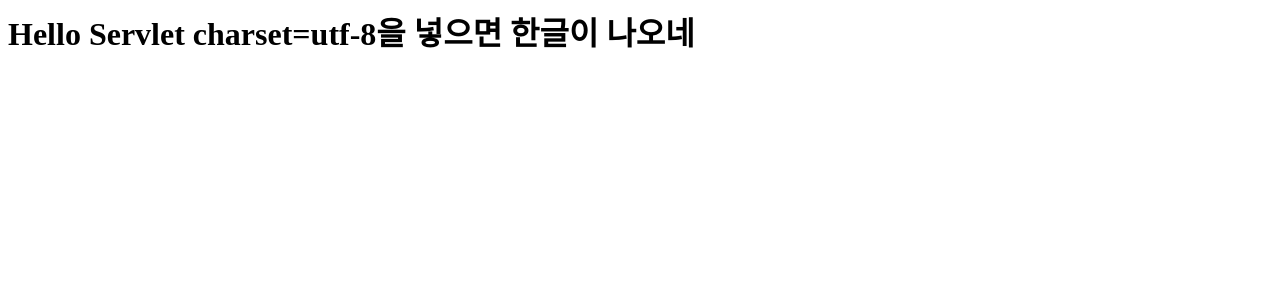
Repository: wonsookyeon/JSP_Study
Page: http://localhost/web-study-02/hello
An editor plug-in stored every save of this project. The page is shown before and after the next save, followed by the edit.
The browser window is 1280 px wide. The pictures show the whole page.
The page is served by Tomcat 9.

Above is the page before, as saved 2023-05-25 06:48:23.

After the next save:
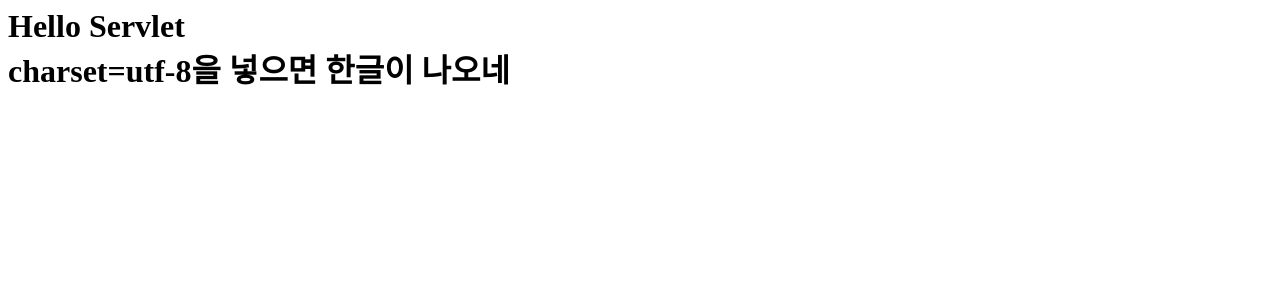
Saved 15 s later.
--- a/web-study-02/src/main/java/unit01/HelloServlet.java
+++ b/web-study-02/src/main/java/unit01/HelloServlet.java
@@ -19,7 +19,7 @@ public class HelloServlet extends HttpServlet {
 
 		PrintWriter out = response.getWriter();
 		out.print("<html><body><h1>");
-		out.println("Hello Servlet");
+		out.print("Hello Servlet<br>");
 		out.print("charset=utf-8을 넣으면 한글이 나오네");
 		out.print("</html></body></h1>");
 
